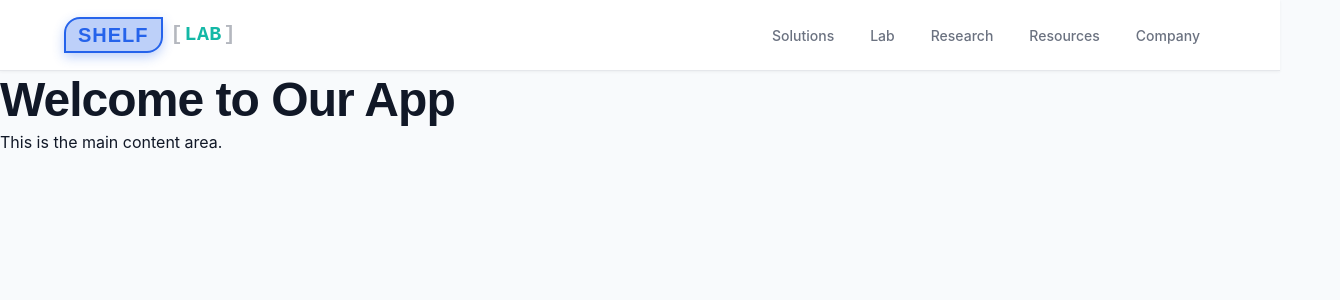
Repository: VladimirGagarin/shelf
Page: /
The author's editor kept a copy of each file at every save. The page is drawn from the files as they stood at one save, then again after the next save.
The browser window is 1280 px wide. The page is 1340 px wide, so the pictures cover 1340 px, including what lies to the right of the window. The pictures show the whole page.
The project was rebuilt for these pictures with package versions that can differ from the ones it lists, and the page was loaded fresh each time. Also part of the build but not shown: vite.config.js, src/App.css, src/About/about.jsx.

Above is the page before, as saved 2026-07-13 18:37:37.

After the next save:
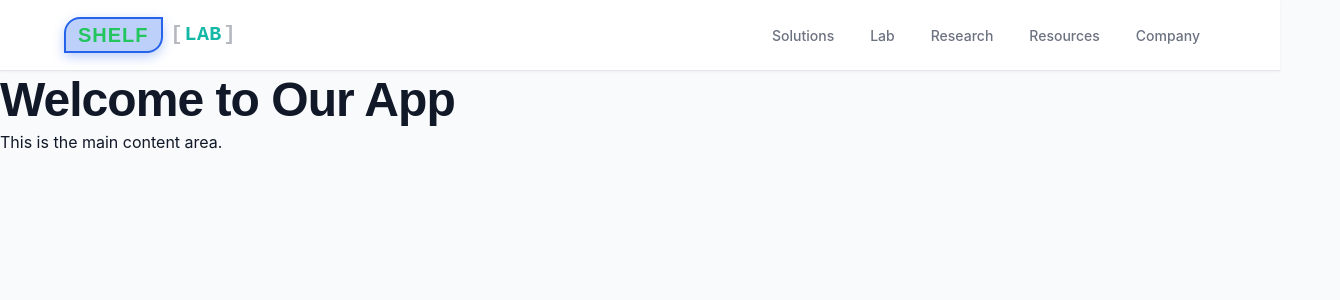
Saved 4 s later.
--- a/src/About/about.css
+++ b/src/About/about.css
@@ -946,7 +946,7 @@
 .shelf-box {
   display: inline-block;
   background: #2563eb4d;
-  color: var(--color-s);
+  color: var(--color-success);
   padding: 0.25rem 0.75rem;
   border: 2px solid var(--color-primary);
   font-family: var(--font-heading);
